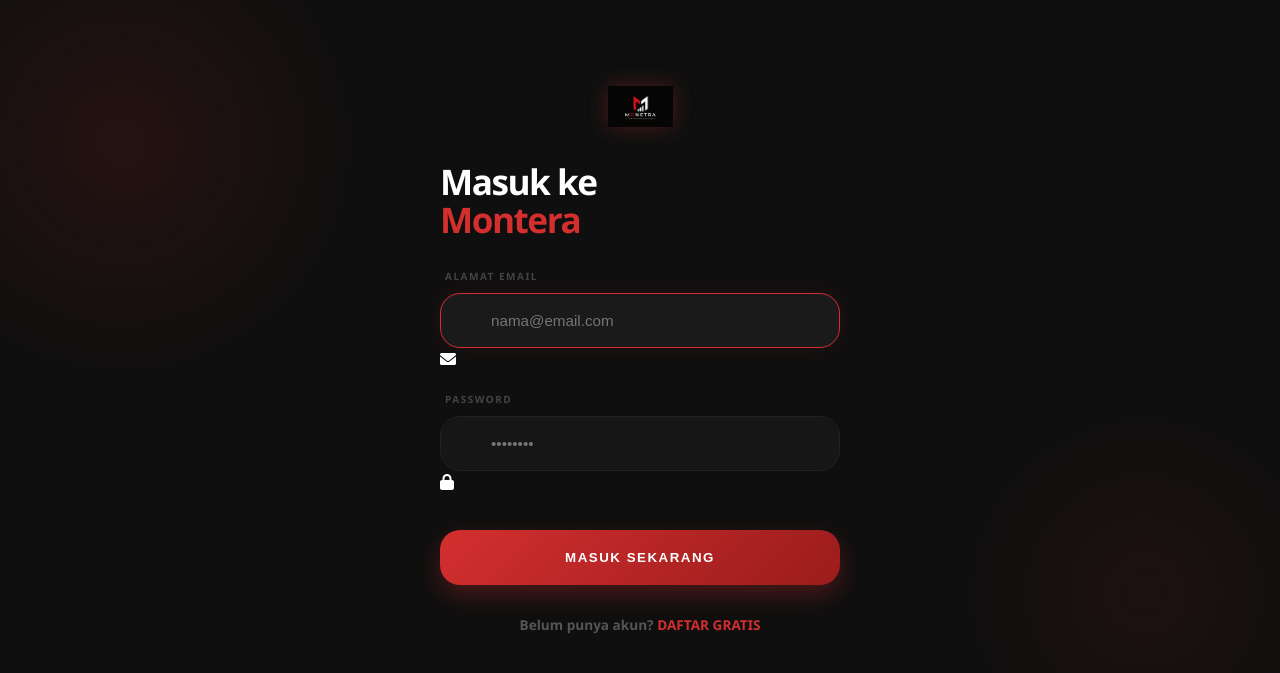
Repository: Tenno1208/montera-app
Page: http://localhost/login
These files come from the project's save history. The page is drawn as it stood at one moment and after the next save; the edit follows.
The browser window is 1280 px wide. The pictures show the whole page.
The page is served by the project's Laravel application, run on PHP 8.4 with Laravel 12.

Above is the page before, as saved 2026-04-23 18:22:29.

After the next save:
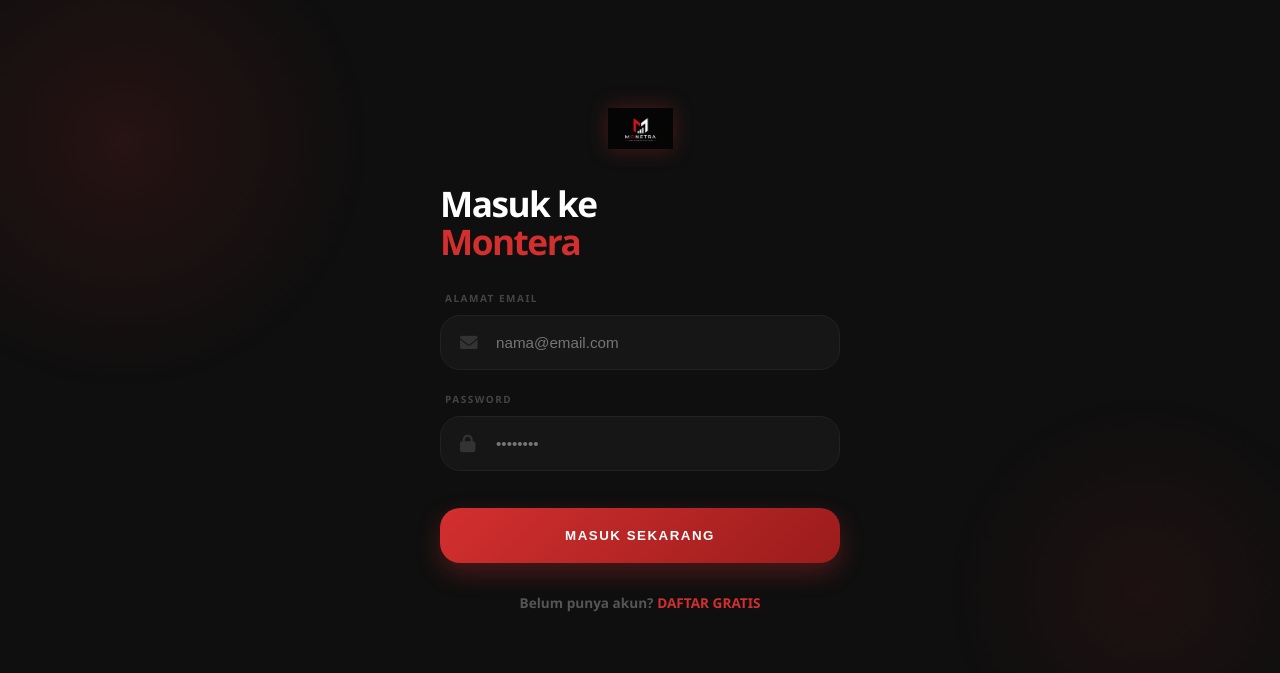
Saved 4 min 19 s later.
--- a/resources/views/auth/login.blade.php
+++ b/resources/views/auth/login.blade.php
@@ -6,7 +6,6 @@
     <title>Montera - Masuk</title>
     <link href="https://cdnjs.cloudflare.com/ajax/libs/font-awesome/6.0.0/css/all.min.css" rel="stylesheet">
     <style>
-        /* Desain Mewah & Elemen Visual */
         body {
             background: #0F0F0F;
             color: white;
@@ -16,10 +15,9 @@
             align-items: center;
             justify-content: center;
             min-height: 100vh;
-            overflow: hidden;
+            overflow-x: hidden;
         }
 
-        /* Dekorasi Glow agar ramai */
         .bg-glow-top {
             position: fixed;
             top: -15%;
@@ -42,14 +40,12 @@
 
         .login-box { width: 100%; max-width: 400px; padding: 20px; position: relative; }
 
-        /* Logo Section */
         .logo-header { text-align: center; margin-bottom: 30px; }
         .logo-img { width: 65px; filter: drop-shadow(0 0 10px rgba(211, 47, 47, 0.3)); }
 
-        h2 { font-size: 2.2rem; font-weight: 900; margin-bottom: 30px; line-height: 1.1; letter-spacing: -1.5px; text-align: left; }
+        h2 { font-size: 2.2rem; font-weight: 900; margin-bottom: 30px; line-height: 1.1; letter-spacing: -1.5px; }
         .montera-text { color: #D32F2F; }
 
-        /* Alert Sukses Registrasi */
         .alert-success {
             background: rgba(34, 197, 94, 0.1);
             border: 1px solid #22c55e;
@@ -62,32 +58,36 @@
             display: flex;
             align-items: center;
             gap: 10px;
-            animation: slideDown 0.5s ease-out;
         }
 
-        @keyframes slideDown {
-            from { transform: translateY(-20px); opacity: 0; }
-            to { transform: translateY(0); opacity: 1; }
-        }
-
-        /* Form Styling */
-        .input-group { margin-bottom: 22px; position: relative; }
+        /* PERBAIKAN INPUT GROUP */
+        .input-group { margin-bottom: 22px; position: relative; display: flex; flex-direction: column; }
         label { font-size: 10px; font-weight: 800; color: #444; letter-spacing: 1.5px; display: block; margin-bottom: 10px; margin-left: 5px; text-transform: uppercase; }
 
+        .input-wrapper { position: relative; width: 100%; }
+
         input {
-            width: 100%; padding: 18px 20px 18px 50px; border-radius: 20px; border: 1px solid #222;
+            width: 100%; padding: 18px 20px 18px 55px; border-radius: 20px; border: 1px solid #222;
             background: #161616; color: white; outline: none; box-sizing: border-box;
             transition: 0.3s; font-size: 0.95rem;
         }
 
-        .input-group i { position: absolute; left: 20px; bottom: 18px; color: #333; transition: 0.3s; font-size: 1.1rem; }
+        .input-wrapper i {
+            position: absolute;
+            left: 20px;
+            top: 50%;
+            transform: translateY(-50%);
+            color: #333;
+            transition: 0.3s;
+            font-size: 1.1rem;
+            pointer-events: none;
+        }
+
         input:focus { border-color: #D32F2F; background: #1A1A1A; box-shadow: 0 0 20px rgba(211, 47, 47, 0.1); }
         input:focus + i { color: #D32F2F; }
 
-        /* Error Messaging */
         .error-message { color: #ff4d4d; font-size: 11px; font-weight: bold; margin-top: 8px; display: flex; align-items: center; gap: 6px; padding-left: 5px; }
 
-        /* Tombol */
         .btn-login {
             width: 100%; padding: 20px; border-radius: 20px; border: none;
             background: linear-gradient(135deg, #D32F2F 0%, #9B1C1C 100%);
@@ -95,7 +95,7 @@
             margin-top: 15px; transition: 0.3s; letter-spacing: 1.5px; text-transform: uppercase;
             box-shadow: 0 10px 25px rgba(211, 47, 47, 0.3);
         }
-        .btn-login:hover { transform: translateY(-2px); box-shadow: 0 15px 30px rgba(211, 47, 47, 0.4); }
+        .btn-login:hover { transform: translateY(-2px); }
         .btn-login:active { transform: scale(0.97); }
 
         .footer-link { color: #555; text-decoration: none; font-size: 0.85rem; display: block; text-align: center; margin-top: 30px; font-weight: 600; }
@@ -108,21 +108,14 @@
 
     <div class="login-box">
         <div class="logo-header">
-            <img src="{{ asset('img/logo-montera.png') }}" alt="Logo Montera" class="logo-img">
+            <img src="{{ asset('img/logo-montera.png') }}" alt="Logo" class="logo-img">
         </div>
 
         <h2>Masuk ke<br><span class="montera-text">Montera</span></h2>
 
         @if(session('success'))
             <div class="alert-success">
-                <i class="fa-solid fa-circle-check text-lg"></i>
-                {{ session('success') }}
-            </div>
-        @endif
-
-        @if($errors->has('loginError'))
-            <div style="background: rgba(211, 47, 47, 0.1); border-left: 4px solid #D32F2F; padding: 15px; border-radius: 15px; margin-bottom: 20px; font-size: 12px; color: #ff4d4d; font-weight: bold;">
-                <i class="fa-solid fa-triangle-exclamation"></i> {{ $errors->first('loginError') }}
+                <i class="fa-solid fa-circle-check"></i> {{ session('success') }}
             </div>
         @endif
 
@@ -131,23 +124,23 @@
 
             <div class="input-group">
                 <label>Alamat Email</label>
-                <input type="email" name="email" value="{{ old('email') }}" placeholder="nama@email.com" required autofocus>
-                <i class="fa-solid fa-envelope"></i>
+                <div class="input-wrapper">
+                    <input type="email" name="email" value="{{ old('email') }}" placeholder="nama@email.com" required>
+                    <i class="fa-solid fa-envelope"></i>
+                </div>
                 @error('email')
-                    <div class="error-message">
-                        <i class="fa-solid fa-circle-exclamation"></i> {{ $message }}
-                    </div>
+                    <div class="error-message"><i class="fa-solid fa-circle-exclamation"></i> {{ $message }}</div>
                 @enderror
             </div>
 
             <div class="input-group">
                 <label>Password</label>
-                <input type="password" name="password" placeholder="••••••••" required>
-                <i class="fa-solid fa-lock"></i>
+                <div class="input-wrapper">
+                    <input type="password" name="password" placeholder="••••••••" required>
+                    <i class="fa-solid fa-lock"></i>
+                </div>
                 @error('password')
-                    <div class="error-message">
-                        <i class="fa-solid fa-circle-exclamation"></i> {{ $message }}
-                    </div>
+                    <div class="error-message"><i class="fa-solid fa-circle-exclamation"></i> {{ $message }}</div>
                 @enderror
             </div>
 
@@ -155,7 +148,5 @@
             <a href="{{ route('register') }}" class="footer-link">Belum punya akun? <span>DAFTAR GRATIS</span></a>
         </form>
     </div>
-
-    <script src="https://cdnjs.cloudflare.com/ajax/libs/font-awesome/6.0.0/js/all.min.js"></script>
 </body>
 </html>
